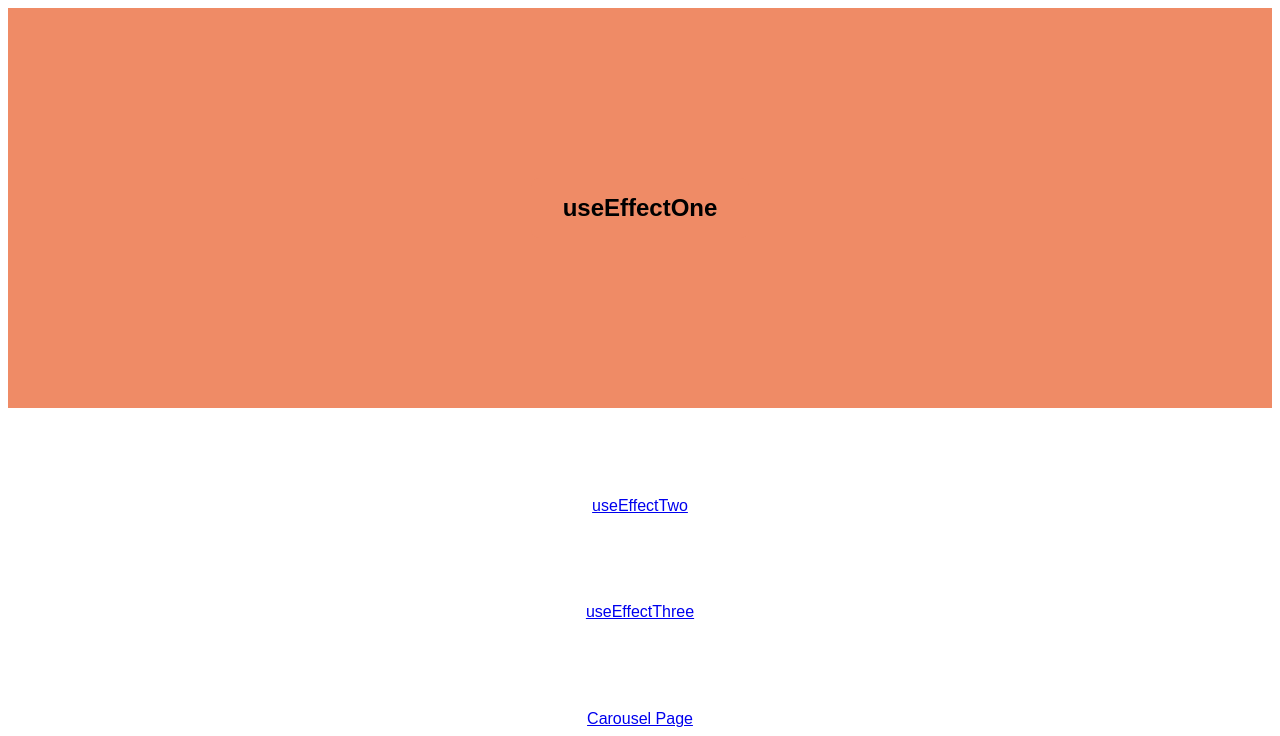
Repository: giovanabirck/class8
Page: /
These files come from the project's save history. The page is drawn as it stood at one moment and after the next save; the edit follows.
The browser window is 1280 px wide. The pictures show the whole page.
The project was rebuilt for these pictures with package versions that can differ from the ones it lists, and the page was loaded fresh each time. The framework's server and built-in components were replaced by stand-ins that run in the browser. Also part of the build but not shown: next.config.js.

Above is the page before, as saved 2023-02-23 17:53:14.

### pages/index.js
import Head from 'next/head'
import styles from '@/styles/Home.module.css'
import Link from 'next/link'


export default function Home() {
  return (
    <>
      <Head>
        <title>Create Next App</title>
        <meta name="description" content="Generated by create next app" />
        <meta name="viewport" content="width=device-width, initial-scale=1" />
        <link rel="icon" href="/favicon.ico" />
      </Head>
      <main className={styles.main}>
        <div className={styles.effect_one}>
          <Link href="/useEffectOne">
            <button className={styles.btn}>useEffectOne</button>
          </Link>
        </div>
        <div className={styles.effect_two}>
          <Link href="/useEffectTwo">useEffectTwo</Link>
        </div>
        <div className={styles.effect_three}>
          <Link href="/useEffectThree">useEffectThree</Link>
        </div>
        <div className={styles.carousel}>
          <Link href="/carouselPage">Carousel Page</Link>
        </div>
      </main>
    </>
  )
}

### styles/globals.css
:root {
  --blue: #95CDF9;
  --green: #C3E0CF;
  --orange: #EF8B66;
  --white: #f4f9fd;
  --black: #222222;
  }

### styles/Home.module.css
.main {
  display: flex;
  flex-direction: column;
  justify-content: space-between;
  align-items: center;
  padding: 0rem;
  min-height: 100vh;
  font-family: Arial, Helvetica, sans-serif;
}

.effect_one {
  background-color: var(--orange);
  width: 100%;
  height: 25rem;
  margin: 0rem;
  display: flex;
  justify-content: center;
  align-items: center;
}

.btn {
  font-weight: 900;
  font-size: 1.5rem;
  padding: 1rem 2rem;
  border-radius: 0.5rem;
  border-style: none;
  background-color: var(--orange);
}

Loaded but not shown: pages/_app.js (common file); pages/_document.js (common file)

After the next save:
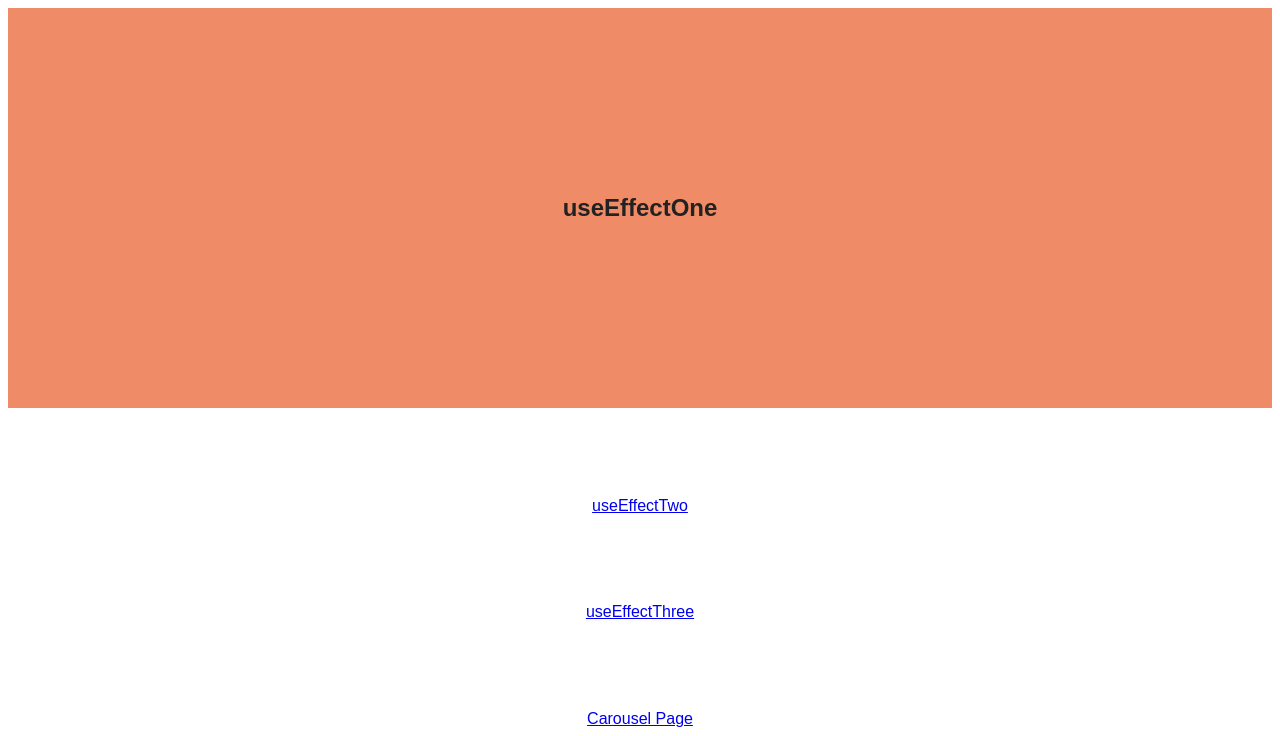
Saved 5 s later.
--- a/styles/Home.module.css
+++ b/styles/Home.module.css
@@ -25,4 +25,5 @@
   border-radius: 0.5rem;
   border-style: none;
   background-color: var(--orange);
+  color: var(--black);
 }
